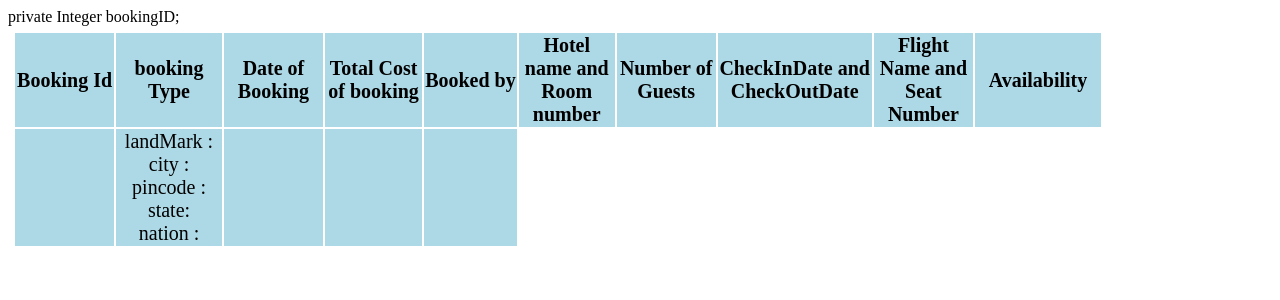
Repository: pparaska/Important
Page: http://localhost/website/WEB-INF/jsp/BookingInformation.jsp
These files come from the project's save history. The page is drawn as it stood at one moment and after the next save; the edit follows.
The browser window is 1280 px wide. The pictures show the whole page.
The page is served by Tomcat 9. Nobody is signed in. The template is opened directly, without the code that normally fills it, so the values that code supplies are empty.

Above is the page before, as saved 2019-02-12 06:25:12.

After the next save:
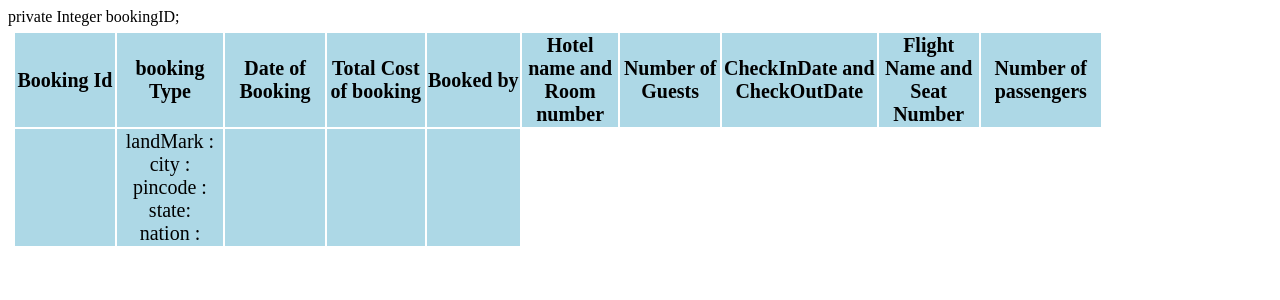
Saved 17 s later.
--- a/Poonam/All_Services/All_Services/website/src/main/webapp/WEB-INF/jsp/BookingInformation.jsp
+++ b/Poonam/All_Services/All_Services/website/src/main/webapp/WEB-INF/jsp/BookingInformation.jsp
@@ -35,7 +35,7 @@ th, td {
 				<th>Number of Guests</th>
 				<th>CheckInDate and CheckOutDate</th>
 				<th>Flight Name and Seat Number</th>
-				<th>Availability</th>
+				<th>Number of passengers</th>
 			</tr>
 			private Integer bookingID;
 	<!-- private String bookingType;
